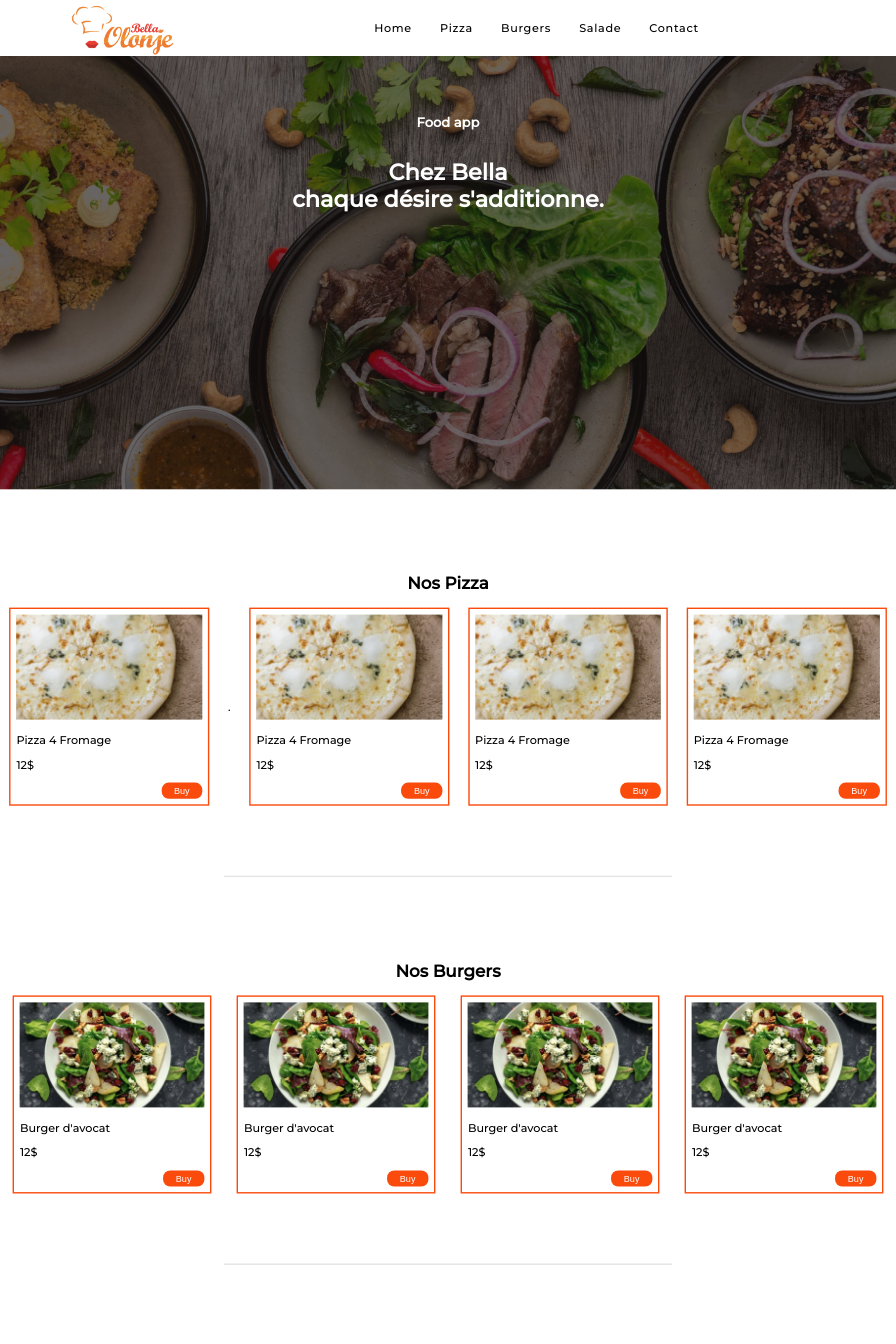
Repository: Ahlam-belhadj/bella-olange
Page: index.html
The author's editor kept a copy of each file at every save. The page is drawn from the files as they stood at one save, then again after the next save.
The browser window is 1280 px wide. The pictures show the part of the page from y = 0 to 1920 px (the page is 3238 px tall), at 70% of full size.

Above is the page before, as saved 2023-02-14 12:52:14.

After the next save:
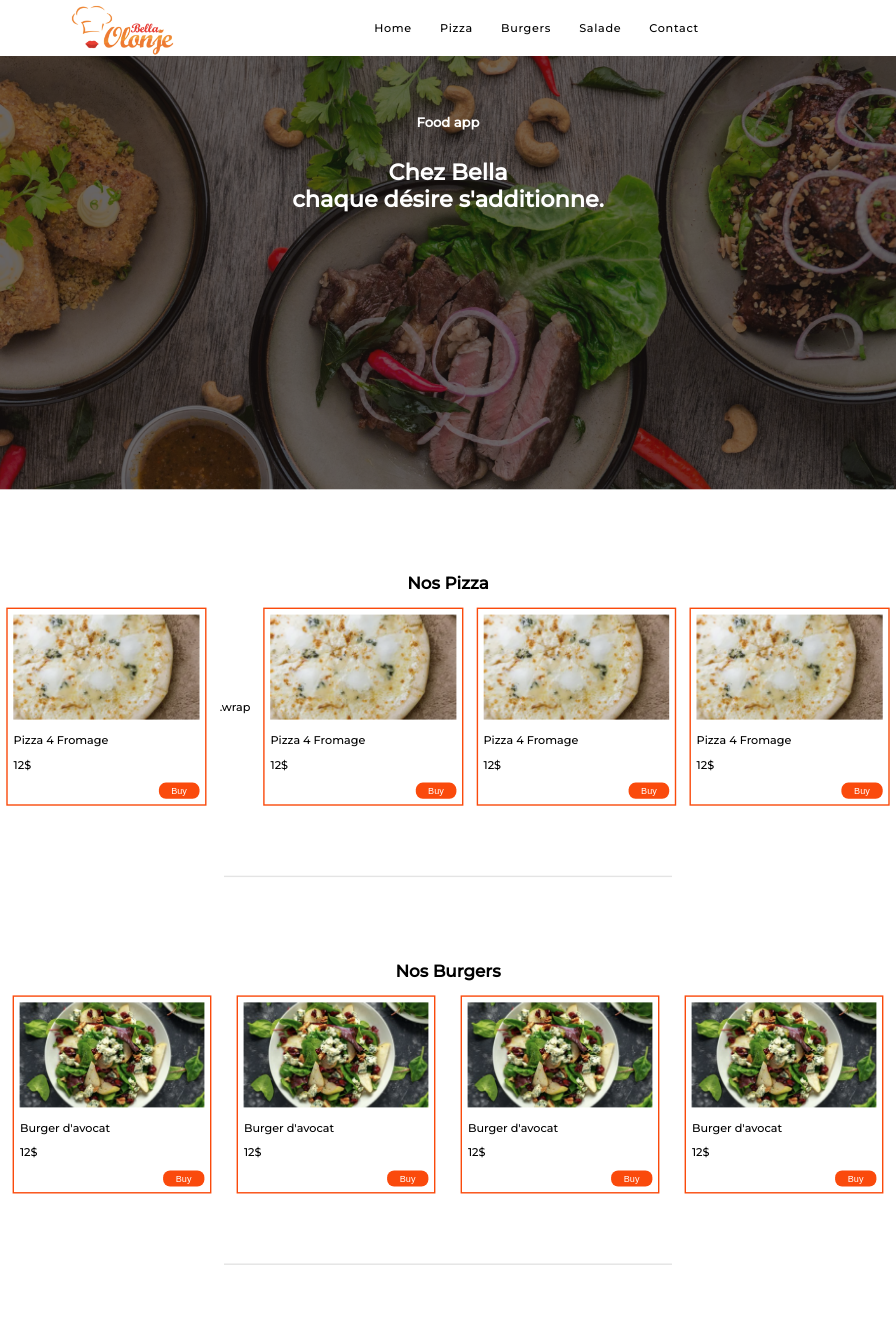
Saved 5 s later.
--- a/index.html
+++ b/index.html
@@ -57,7 +57,7 @@
                     <a href="index2.html"><button class="button" type="button">Buy</button></a>
                 </div>
             </div>
-            .
+            .wrap
             <div class="border">
                 <div class="card-img">
                     <img  class="pimg" src="image/fromage.png" alt="">
